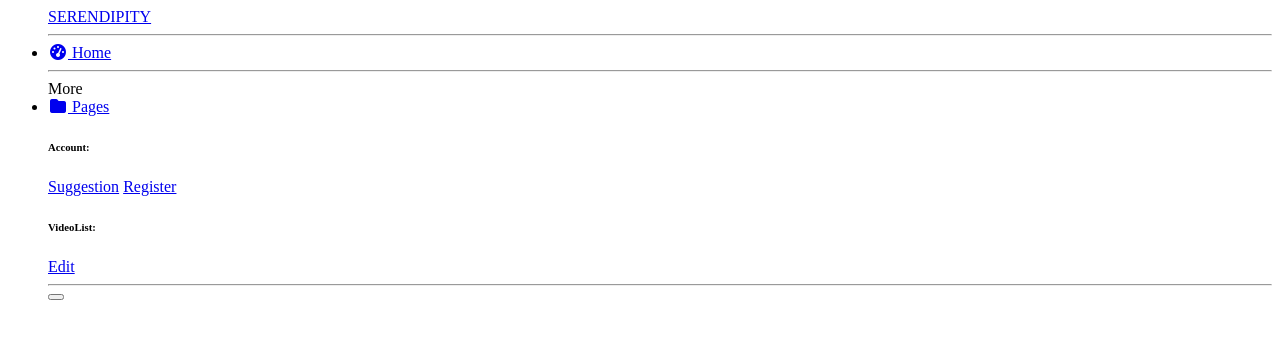
Repository: ruasu6/db_project
Page: http://localhost/db_project/sidebar.php
An editor plug-in stored every save of this project. The page is shown before and after the next save, followed by the edit.
The browser window is 1280 px wide. The pictures show the whole page.
Some web libraries are served in a nearby version. The page is run by PHP 8.4 with error messages shown; the project is at /var/www/html/.

Above is the page before, as saved 2023-05-03 01:10:34.

### sidebar.php
<!-- Sidebar -->
<ul class="navbar-nav bg-gradient-primary sidebar sidebar-dark accordion" id="accordionSidebar">

    <!-- Sidebar - Brand -->
    <a class="sidebar-brand d-flex align-items-center justify-content-center" href="post.php">
        <div class="sidebar-brand-icon rotate-n-15">
            <i class="material-icons"></i>
        </div>
        <div class="sidebar-brand-text mx-3">SERENDIPITY</div>
    </a>

    <!-- Divider -->
    <hr class="sidebar-divider my-0">

    <!-- Nav Item - Dashboard -->
    <li class="nav-item active">
        <a class="nav-link" href="post.php">
            <i class="fas fa-fw fa-tachometer-alt"></i>
            <span>Home</span></a>
    </li>

    <!-- Divider -->
    <hr class="sidebar-divider">

    <!-- Heading -->
    <!-- <div class="sidebar-heading">
        Interface
    </div> -->

    <!-- Nav Item - Pages Collapse Menu -->
    <!-- <li class="nav-item">
        <a class="nav-link collapsed" href="#" data-toggle="collapse" data-target="#collapseTwo"
            aria-expanded="true" aria-controls="collapseTwo">
            <i class="fas fa-fw fa-cog"></i>
            <span>Components</span>
        </a>
        <div id="collapseTwo" class="collapse" aria-labelledby="headingTwo" data-parent="#accordionSidebar">
            <div class="bg-white py-2 collapse-inner rounded">
                <h6 class="collapse-header">Custom Components:</h6>
                <a class="collapse-item" href="buttons.php">Buttons</a>
                <a class="collapse-item" href="cards.php">Cards</a>
            </div>
        </div>
    </li> -->

    <!-- Nav Item - Utilities Collapse Menu -->
    <!-- <li class="nav-item">
        <a class="nav-link collapsed" href="#" data-toggle="collapse" data-target="#collapseUtilities"
            aria-expanded="true" aria-controls="collapseUtilities">
            <i class="fas fa-fw fa-wrench"></i>
            <span>Utilities</span>
        </a>
        <div id="collapseUtilities" class="collapse" aria-labelledby="headingUtilities"
            data-parent="#accordionSidebar">
            <div class="bg-white py-2 collapse-inner rounded">
                <h6 class="collapse-header">Custom Utilities:</h6>
                <a class="collapse-item" href="utilities-color.php">Colors</a>
                <a class="collapse-item" href="utilities-border.php">Borders</a>
                <a class="collapse-item" href="utilities-animation.php">Animations</a>
                <a class="collapse-item" href="utilities-other.php">Other</a>
            </div>
        </div>
    </li> -->

    <!-- Divider -->
    <!-- <hr class="sidebar-divider"> -->

    <!-- Heading -->
    <div class="sidebar-heading">
        More
    </div>

    <!-- Nav Item - Pages Collapse Menu -->
    <li class="nav-item">
        <a class="nav-link collapsed" href="#" data-toggle="collapse" data-target="#collapsePages"
            aria-expanded="true" aria-controls="collapsePages">
            <i class="fas fa-fw fa-folder"></i>
            <span>Pages</span>
        </a>
        <div id="collapsePages" class="collapse" aria-labelledby="headingPages" data-parent="#accordionSidebar">
            <div class="bg-white py-2 collapse-inner rounded">
                <h6 class="collapse-header">Account:</h6>
                <a class="collapse-item" href="all_users.php">Suggestion</a>
                <a class="collapse-item" href="register.php">Register</a>
                <!-- <a class="collapse-item" href="forgot-password.php">Forgot Password</a> -->
                <div class="collapse-divider"></div>
                <h6 class="collapse-header">VideoList:</h6>
                <!-- <a class="collapse-item" href="404.php">404 Page</a> -->
                <a class="collapse-item" href="blank.php">Edit</a>
            </div>
        </div>
    </li>

    <!-- Nav Item - Charts -->
    <!-- <li class="nav-item">
        <a class="nav-link" href="charts.php">
            <i class="fas fa-fw fa-chart-area"></i>
            <span>Charts</span></a>
    </li>

    Nav Item - Tables
    <li class="nav-item">
        <a class="nav-link" href="tables.php">
            <i class="fas fa-fw fa-table"></i>
            <span>Tables</span></a>
    </li> -->

    <!-- Divider -->
    <hr class="sidebar-divider d-none d-md-block">

    <!-- Sidebar Toggler (Sidebar) -->
    <div class="text-center d-none d-md-inline">
        <button class="rounded-circle border-0" id="sidebarToggle"></button>
    </div>

    <!-- Sidebar Message -->
    <!-- <div class="sidebar-card d-none d-lg-flex">
        <img class="sidebar-card-illustration mb-2" src="img/undraw_rocket.svg" alt="...">
        <p class="text-center mb-2"><strong>SB Admin Pro</strong> is packed with premium features, components, and more!</p>
        <a class="btn btn-success btn-sm" href="https://startbootstrap.com/theme/sb-admin-pro">Upgrade to Pro!</a>
    </div> -->

</ul>
<!-- End of Sidebar -->

<script src="https://kit.fontawesome.com/7aad03e4e3.js" crossorigin="anonymous"></script>

After the next save:
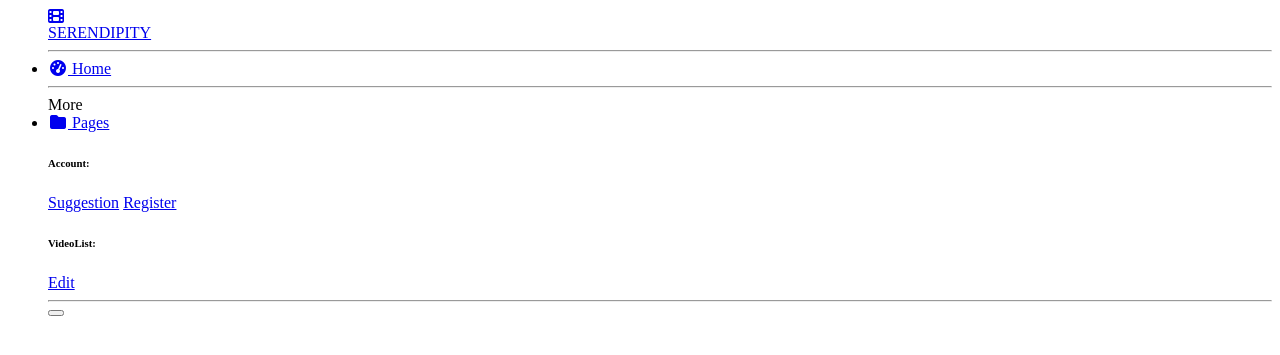
Saved 18 h 29 min later.
--- a/sidebar.php
+++ b/sidebar.php
@@ -6,6 +6,7 @@
         <div class="sidebar-brand-icon rotate-n-15">
             <i class="material-icons"></i>
         </div>
+        <i class="fa fa-film"></i>
         <div class="sidebar-brand-text mx-3">SERENDIPITY</div>
     </a>
 
